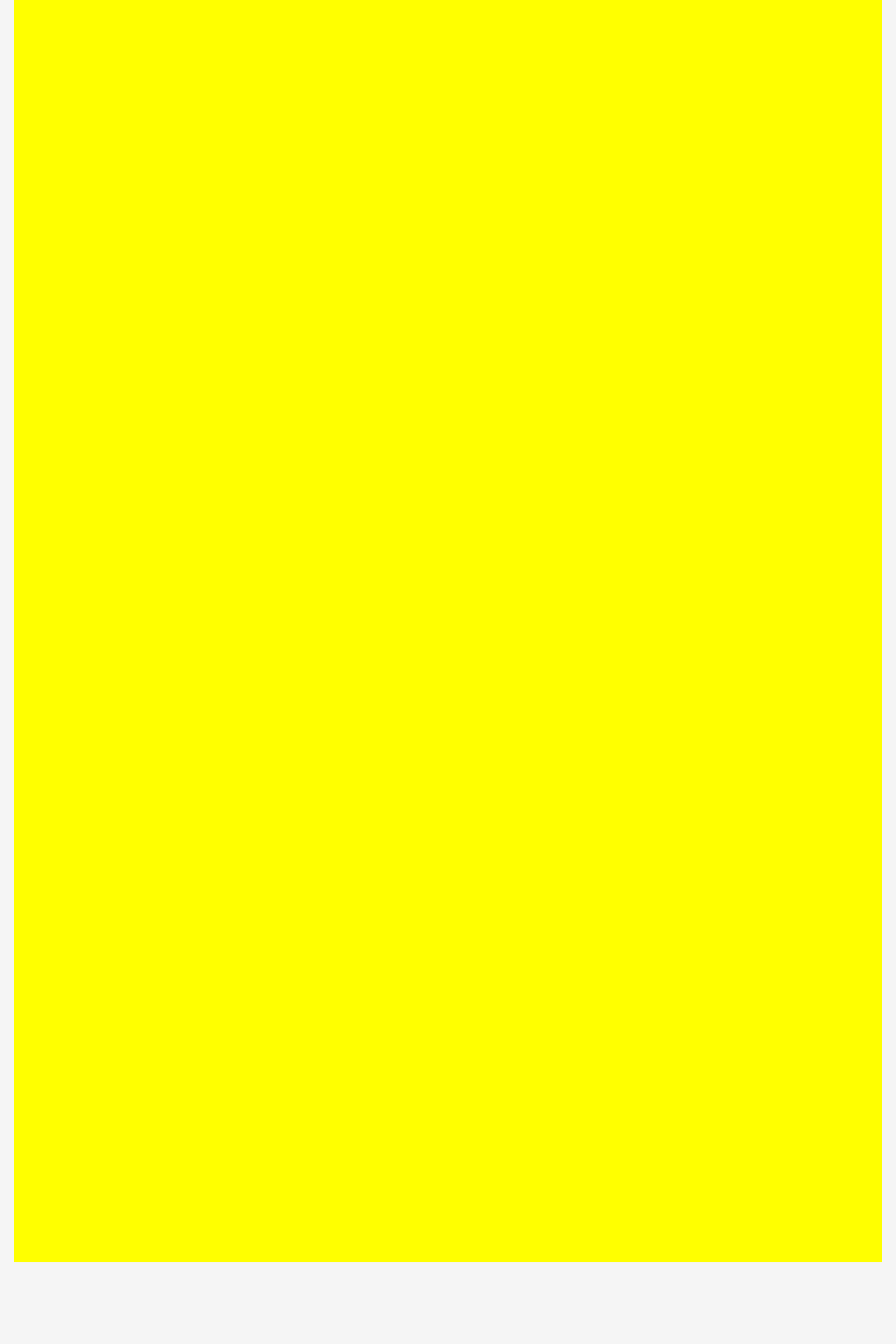
Repository: zhanguangJ/360Mark
Page: main.html
The author's editor kept a copy of each file at every save. The page is drawn from the files as they stood at one save, then again after the next save.
The browser window is 1280 px wide. The pictures show the part of the page from y = 1973 to 3893 px (the page is 3893 px tall), at 70% of full size.

Above is the page before, as saved 2019-05-07 20:46:48.

After the next save:
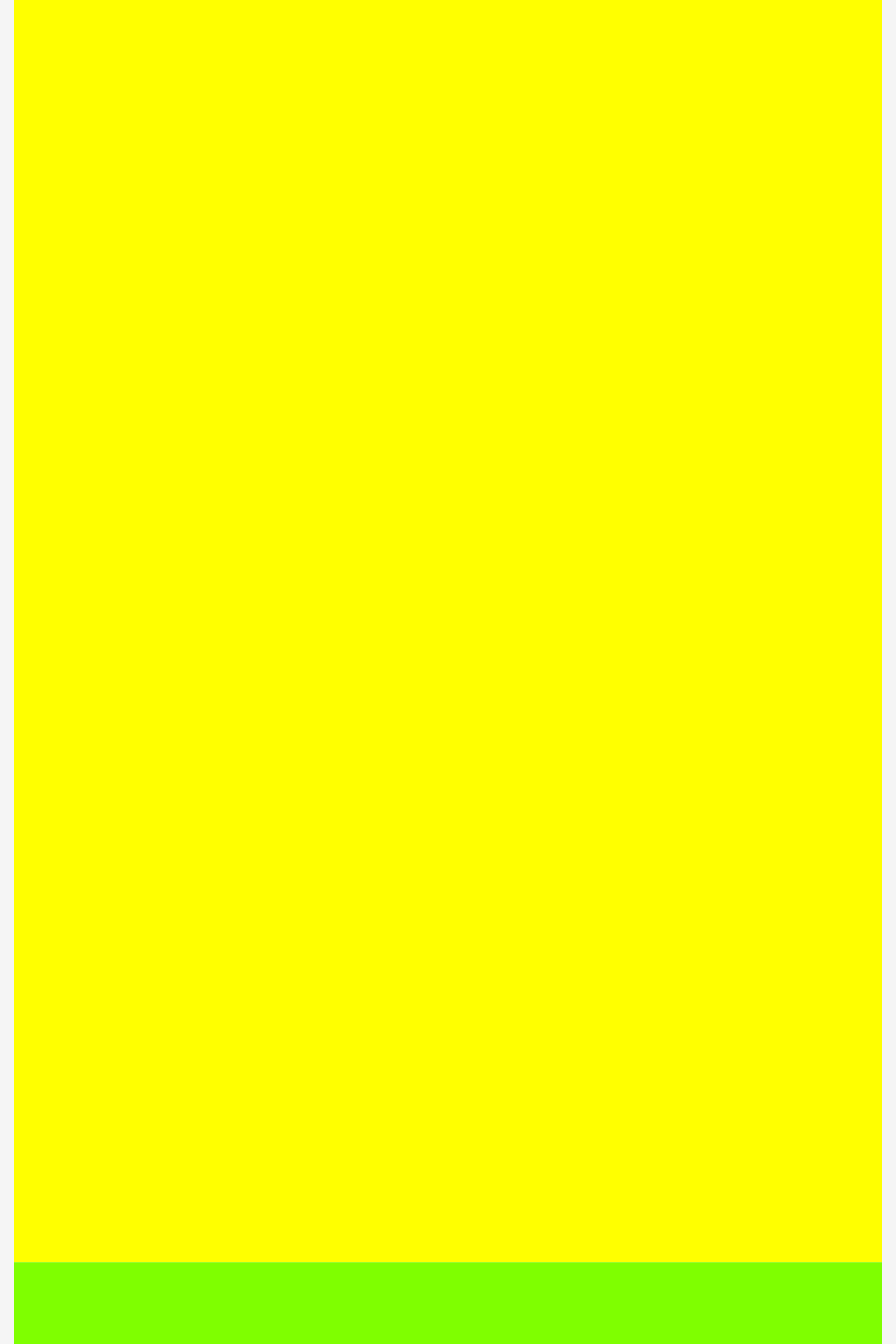
Saved 14 s later.
--- a/src/css/index.css
+++ b/src/css/index.css
@@ -54,4 +54,5 @@
 
 .foot-bannerw{
     height: 117px;
+    background: chartreuse;
 }

After the 2 saves that followed:
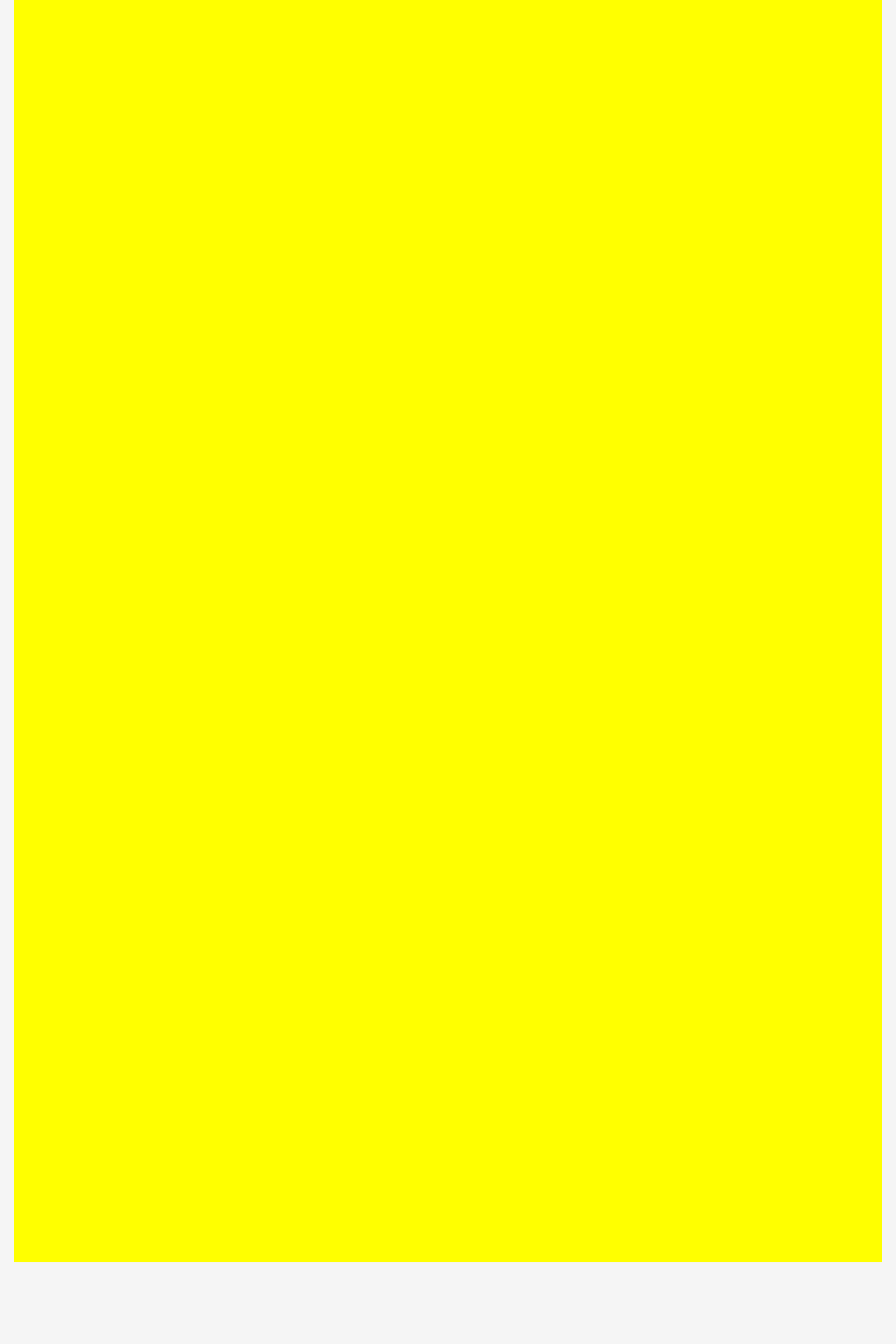
The 2 saves are shown as one change because 1 left the picture as it was.
The last was saved 36 s later.
--- a/src/css/index.css
+++ b/src/css/index.css
@@ -49,10 +49,11 @@
 
 /* 底部 */
 #mod-foot{
+    width: 100%;
     background: #f5f5f5;
 }
 
 .foot-bannerw{
     height: 117px;
-    background: chartreuse;
+    /* background: chartreuse; */
 }
